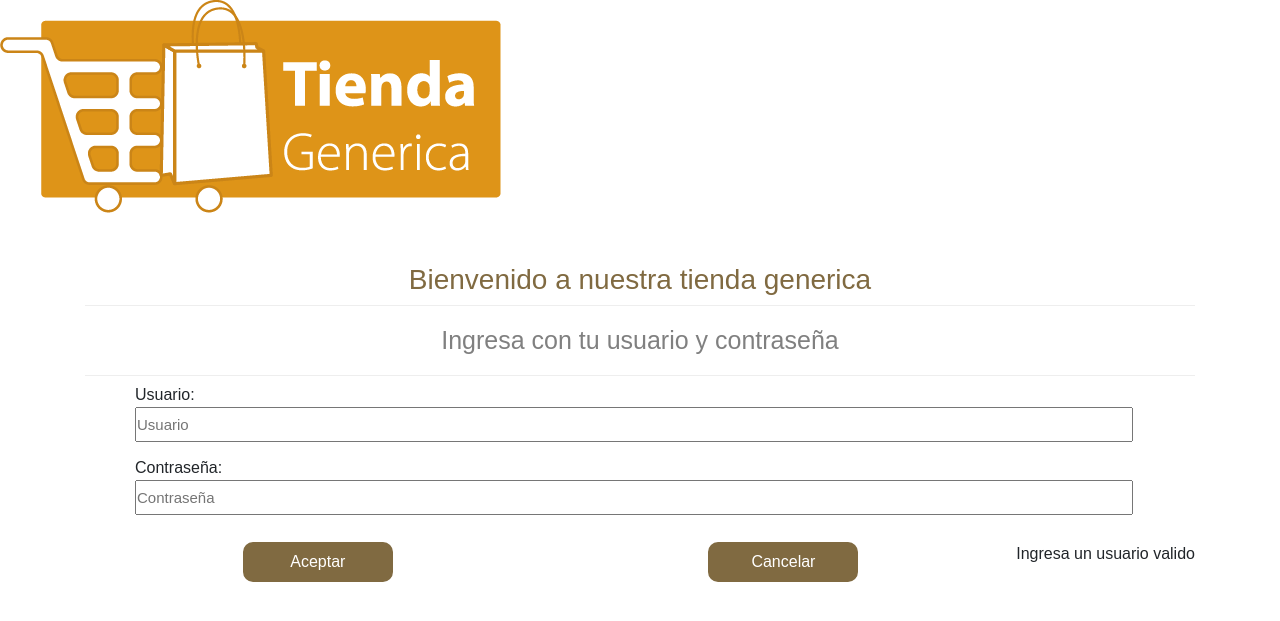
Repository: andresrojas686/tiendaGenericaMintic
Page: primerJSP/src/main/webapp/index.html
An editor plug-in stored every save of this project. The page is shown before and after the next save, followed by the edit.
The browser window is 1280 px wide. The pictures show the whole page.

Above is the page before, as saved 2021-09-27 01:59:52.

After the next save:
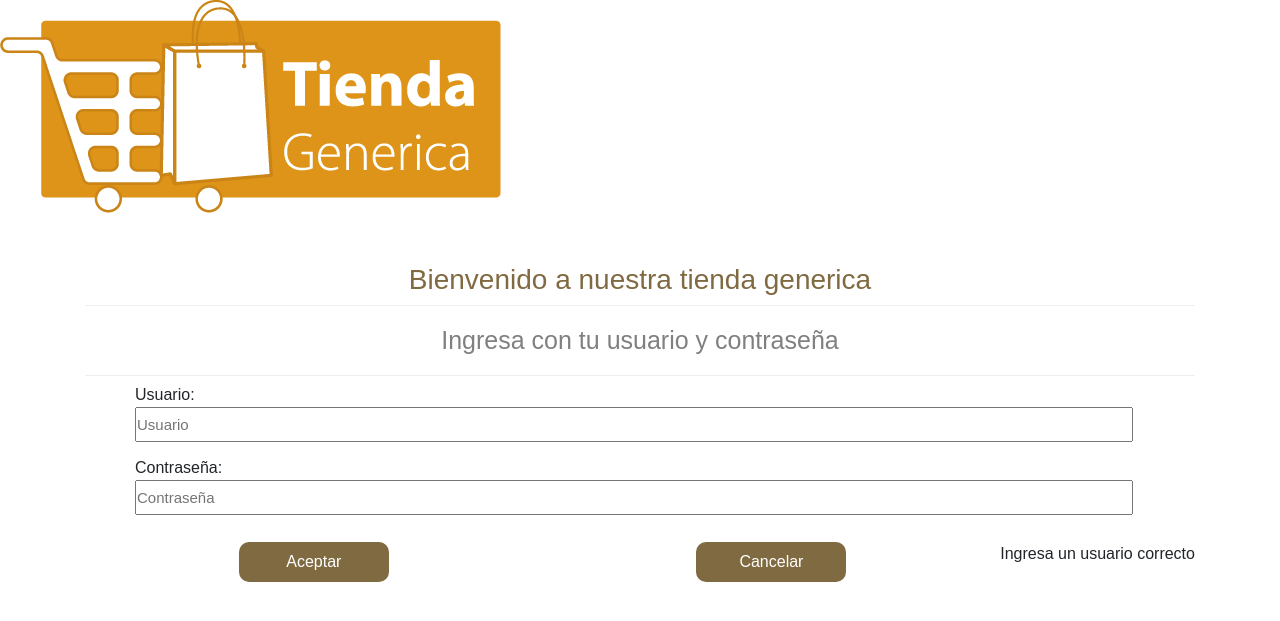
Saved 22 s later.
--- a/primerJSP/src/main/webapp/index.html
+++ b/primerJSP/src/main/webapp/index.html
@@ -40,7 +40,7 @@
 		</div>
 	</section>
 	<script>
-		document.getElementById("demo").innerHTML = "Ingresa un usuario valido";
+		document.getElementById("demo").innerHTML = "Ingresa un usuario correcto";
 	</script>
 </body>
 </html>
